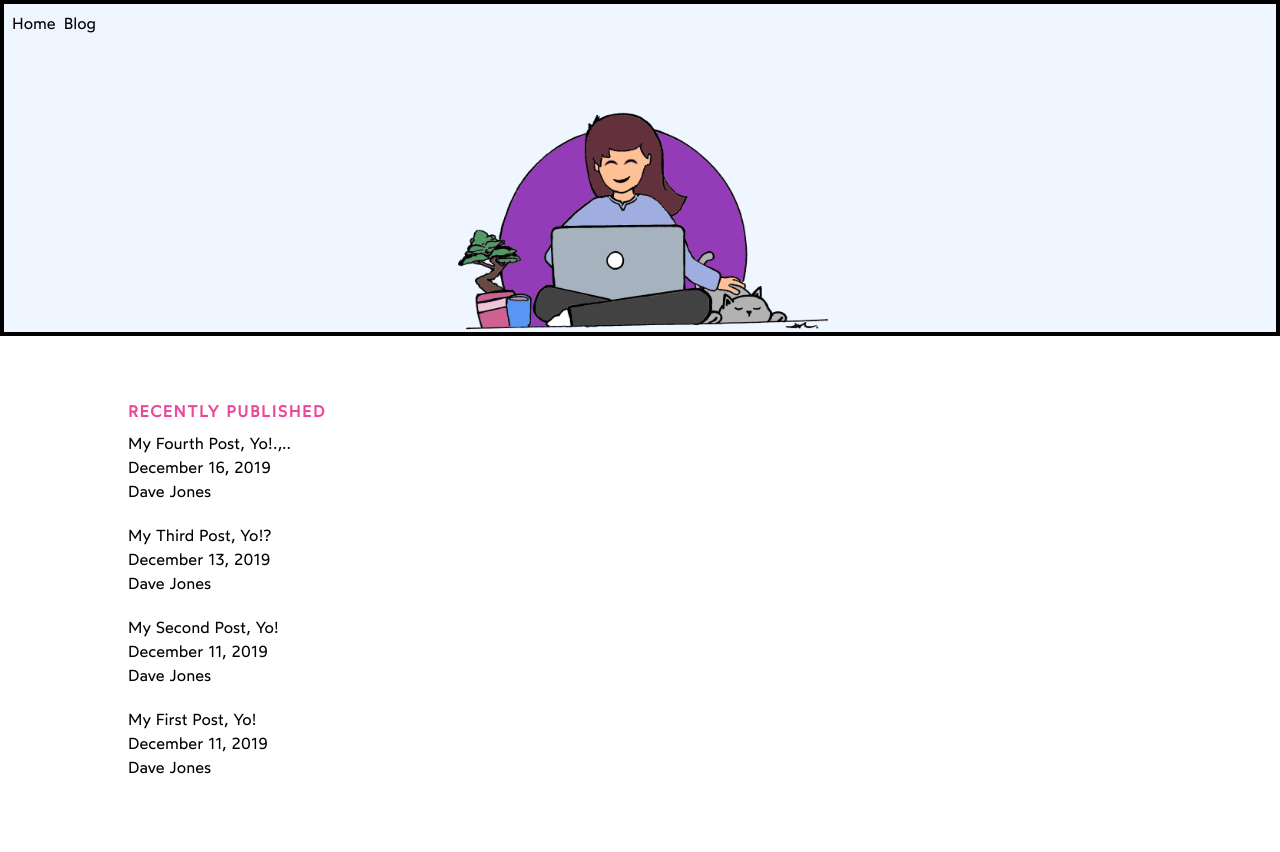
Repository: Risclover/markdown-blog
Page: /
An editor plug-in stored every save of this project. The page is shown before and after the next save, followed by the edit.
The browser window is 1280 px wide. The pictures show the whole page.
The project was rebuilt for these pictures with package versions that can differ from the ones it lists, and the page was loaded fresh each time.

Above is the page before, as saved 2023-06-28 14:03:08.

### src/index.js
import React from "react";
import ReactDOM from "react-dom/client";
import { BrowserRouter as Router } from "react-router-dom";
import "./fonts/wotfard-cufonfonts-webfont/style.css";

import "./index.css";
import App from "./App";

const root = ReactDOM.createRoot(document.getElementById("root"));
root.render(
  <Router>
    <App />
  </Router>
);

### src/fonts/wotfard-cufonfonts-webfont/style.css
/* #### Generated By: http://www.cufonfonts.com #### */

    @font-face {
    font-family: 'Wotfard Regular';
    font-style: normal;
    font-weight: normal;
    src: local('Wotfard Regular'), url('Wotfard-Regular.woff') format('woff');
    }

### src/index.css
*,
*::before,
*::after {
  box-sizing: border-box;
}
* {
  margin: 0;
}
body {
  line-height: 1.5;
  min-height: 100vh;
  -webkit-font-smoothing: antialiased;
}
img,
picture,
video,
canvas,
svg {
  display: block;
  max-width: 100%;
}
input,
button,
textarea,
select {
  font: inherit;
}
p,
h1,
h2,
h3,
h4,
h5,
h6 {
  overflow-wrap: break-word;
}
#root,
#__next {
  isolation: isolate;
}

### src/App.js
import "./App.css";
import { Route, Routes } from "react-router-dom";
import Home from "./pages/Home";
import NavBar from "./components/NavBar";
import Header from "./components/Header";
import HomeHeader from "./components/HomeHeader";

function App() {
  return (
    <div className="bg-white-100 min-h-screen">
      <Header>
        <NavBar />
        <HomeHeader />
      </Header>
      <div className="m-auto">
        <Routes>
          <Route path="/" element={<Home />} />
        </Routes>
      </div>
    </div>
  );
}

export default App;

### src/pages/Home.js
import React, { useEffect } from "react";
import postList from "../posts.json";
import HomeHeader from "../components/HomeHeader";

export default function Home() {
  console.log(postList);

  postList.sort((a, b) => {
    let aPost = a.timestamp;
    let bPost = b.timestamp;

    return bPost - aPost;
  });

  return (
    <div className="container py-16 font-sans mx-auto max-w-screen-lg w-full">
      <h2 className="uppercase text-base font-semibold tracking-widest text-pink-500">
        Recently Published
      </h2>
      <div className="grid grid-cols-1 gap-1 grid-flow-row ">
        {postList.map((post) => (
          <div key={post.id} className="container py-2 bg-white">
            <div className="">{post.title}</div>
            <div>{post.date}</div>
            <div>{post.author}</div>
          </div>
        ))}
      </div>
    </div>
  );
}

### src/components/NavBar.js
import React from "react";

export default function NavBar() {
  return (
    <div className="py-2">
      <ul className="flex">
        <li className="mx-2">Home</li>
        <li>Blog</li>
      </ul>
    </div>
  );
}

### src/components/Header.js
import React from "react";

export default function Header({ children }) {
  return (
    <header className="border-2 border-black w-full bg-blue-50 flex flex-col">
      <div className="max-w-screen-xl w-full mx-auto border-2 border-black">
        {children}
      </div>
    </header>
  );
}

### src/components/HomeHeader.js
import React from "react";
import Avatar from "../images/avatar.png";
export default function HomeHeader() {
  return (
    <div className="h-72 flex flex-col justify-end">
      <div>
        <img className="w-96 m-auto border-black-4" src={Avatar} />
      </div>
    </div>
  );
}

### src/posts.json
[{"id":4,"title":"My Third Post, Yo!?","subtitle":"No subtitle given","description":"No description given","author":"Dave Jones","date":"December 13, 2019","timestamp":1576224000,"content":"\nWelcome to My Blog. _It's a beautiful thing._ I hope you'll have as much fun reading my posts as I have writing them. Well, before we go any further, allow me to introduce myself. I'm Dave Jones. I'm 34, and from Montreal, Canada.\n"},{"id":3,"title":"My Second Post, Yo!","subtitle":"No subtitle given","description":"No description given","author":"Dave Jones","date":"December 11, 2019","timestamp":1576051200,"content":"\nWelcome to My Blog. _It's a beautiful thing._ I hope you'll have as much fun reading my posts as I have writing them. Well, before we go any further, allow me to introduce myself. I'm Dave Jones. I'm 34, and from Montreal, Canada.\n"},{"id":2,"title":"My Fourth Post, Yo!.,..","subtitle":"No subtitle given","description":"No description given","author":"Dave Jones","date":"December 16, 2019","timestamp":1576483200,"content":"\nWelcome to My Blog. _It's a beautiful thing._ I hope you'll have as much fun reading my posts as I have writing them. Well, before we go any further, allow me to introduce myself. I'm Dave Jones. I'm 34, and from Montreal, Canada.\n"},{"id":1,"title":"My First Post, Yo!","subtitle":"This is a subtitle.","description":"Happy Pride month! In this tutorial, I'll share a handful of my favourite animation tricks. You'll learn how to build an animated wavy pride flag using CSS keyframes and linear gradients. We'll also see how to make it dynamic using React. 🏳️‍🌈","author":"Dave Jones","date":"December 11, 2019","timestamp":1576051200,"content":"\nWelcome to My Blog. _It's a beautiful thing._ I hope you'll have as much fun reading my posts as I have writing them. Well, before we go any further, allow me to introduce myself. I'm Dave Jones. I'm 34, and from Montreal, Canada.\n"}]

### tailwind.config.js
/** @type {import('tailwindcss').Config} */
module.exports = {
  content: [
    "./app/**/*.{js,ts,jsx,tsx,mdx}",
    "./pages/**/*.{js,ts,jsx,tsx,mdx}",
    "./components/**/*.{js,ts,jsx,tsx,mdx}",

    // Or if using `src` directory:
    "./src/**/*.{js,ts,jsx,tsx,mdx}",
  ],
  theme: {
    fontFamily: {
      sans: ["Wotfard Regular", "sans-serif"],
    },
    extend: {},
  },
  plugins: [],
};

Loaded but not shown: public/index.html (common file); src/App.css (common file)

After the next save:
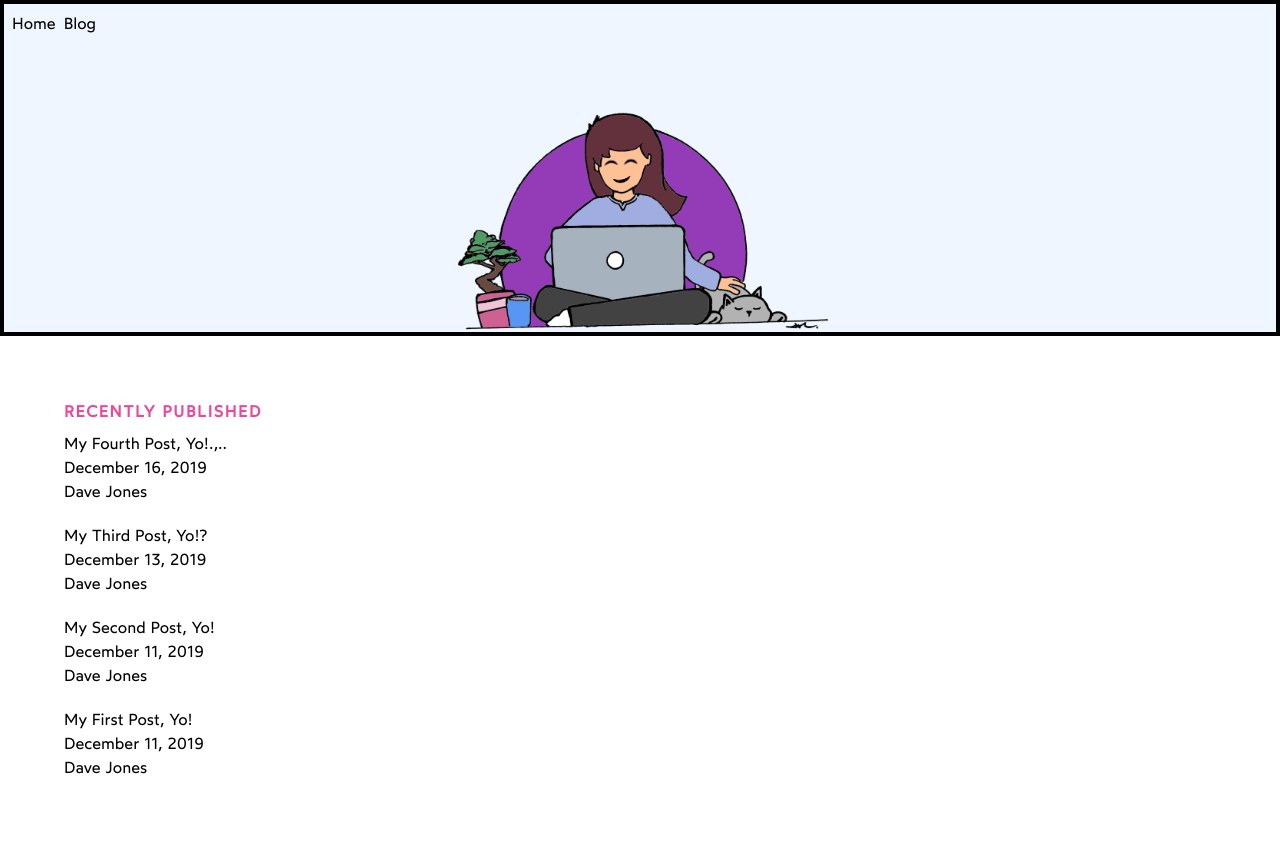
Saved 32 s later.
--- a/src/pages/Home.js
+++ b/src/pages/Home.js
@@ -13,7 +13,7 @@ export default function Home() {
   });
 
   return (
-    <div className="container py-16 font-sans mx-auto max-w-screen-lg w-full">
+    <div className="container py-16 font-sans mx-auto max-w-6xl w-full">
       <h2 className="uppercase text-base font-semibold tracking-widest text-pink-500">
         Recently Published
       </h2>
